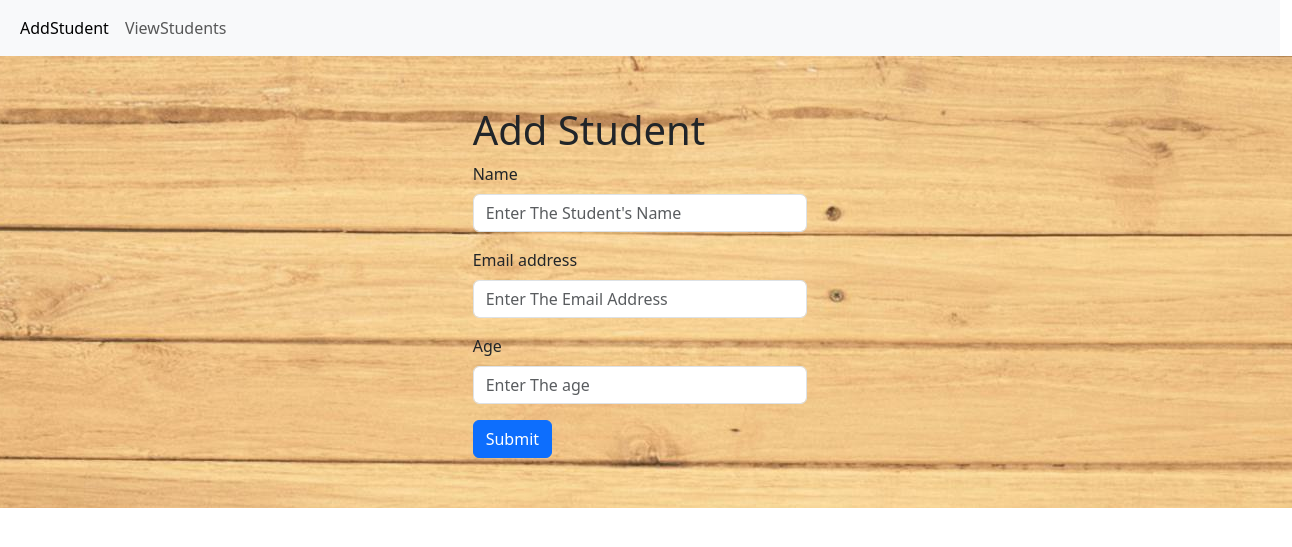
Repository: Manojs14/StudentManagementSystem
Page: http://localhost/Crud_form/
The author's editor kept a copy of each file at every save. The page is drawn from the files as they stood at one save, then again after the next save.
The browser window is 1280 px wide. The page is 1292 px wide, so the pictures cover 1292 px, including what lies to the right of the window. The pictures show the whole page.
The page is served by Tomcat 9. Nobody is signed in. The application's start-up code is not run.

Above is the page before, as saved 2024-07-11 08:48:01.

After the next save:
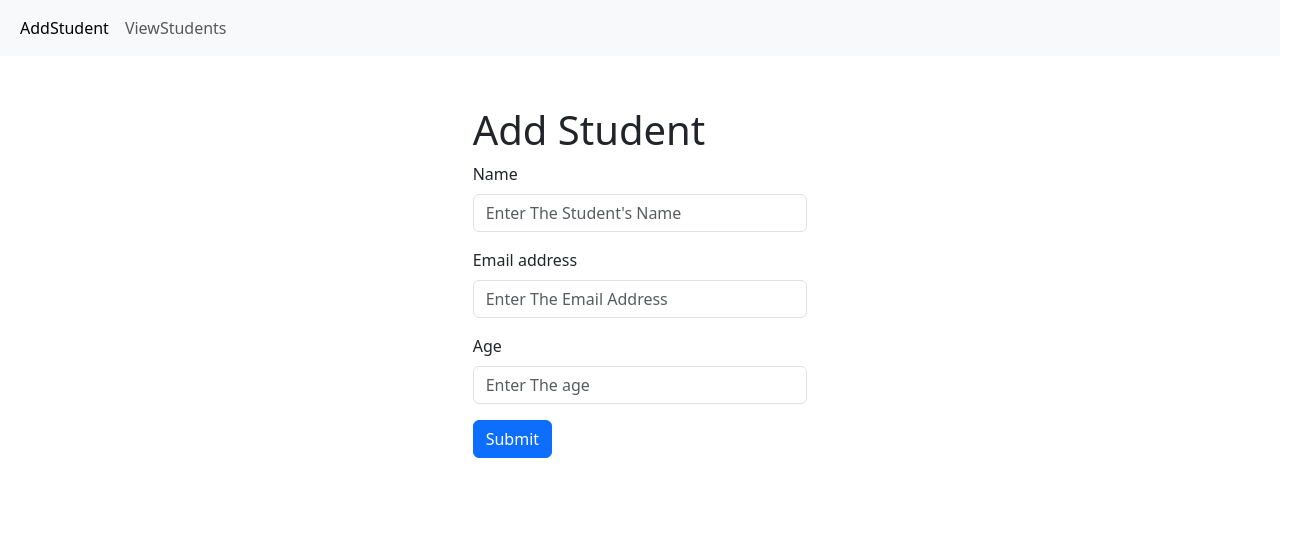
Saved 17 s later.
--- a/Crud_form/src/main/webapp/index.jsp
+++ b/Crud_form/src/main/webapp/index.jsp
@@ -7,12 +7,6 @@
 <title>The Student Form</title>
 <link href="https://cdn.jsdelivr.net/npm/bootstrap@5.3.2/dist/css/bootstrap.min.css" rel="stylesheet" integrity="sha384-T3c6CoIi6uLrA9TneNEoa7RxnatzjcDSCmG1MXxSR1GAsXEV/Dwwykc2MPK8M2HN" crossorigin="anonymous">
 </head>
-<style>
-.row{
-background-image: url("image/pexels-fwstudio-33348-129731.jpg");
-}
-
-</style>
 <body>
 
 
